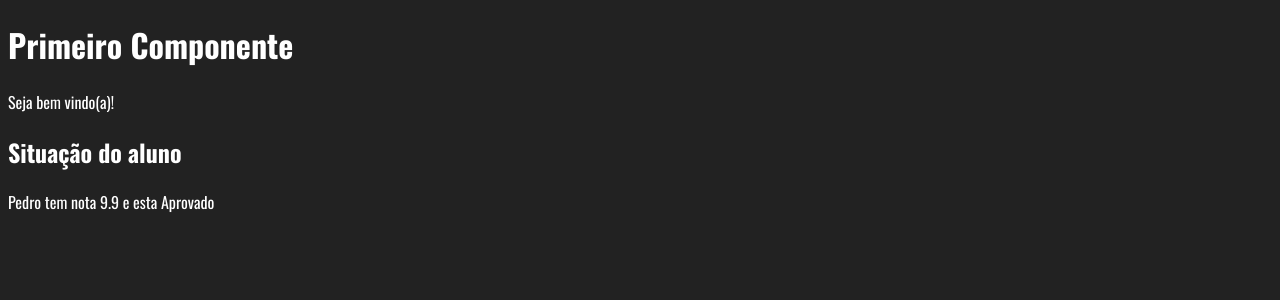
Repository: Rubenslourenco/exerciciosReactRedux
Page: / (app in fundamentos-react/)
An editor plug-in stored every save of this project. The page is shown before and after the next save, followed by the edit.
The browser window is 1280 px wide. The pictures show the whole page.
The project was rebuilt for these pictures with package versions that can differ from the ones it lists, and the page was loaded fresh each time.

Above is the page before, as saved 2025-01-30 09:54:28.

### fundamentos-react/public/index.html
<!DOCTYPE html>
<html lang="en">
  <head>
    <meta charset="utf-8" />
    <link rel="icon" href="%PUBLIC_URL%/favicon.ico" />
    <meta name="viewport" content="width=device-width, initial-scale=1" />
    <meta name="theme-color" content="#000000" />
    <meta
      name="description"
      content="Web site created using create-react-app"
    />
    <link rel="apple-touch-icon" href="%PUBLIC_URL%/logo192.png" />
    <link
      href="https://fonts.googleapis.com/css2?family=Oswald:wght@200;300;400;500;600;700&display=swap"
      rel="stylesheet"
    />
    <!--
      manifest.json provides metadata used when your web app is installed on a
      user's mobile device or desktop. See https://developers.google.com/web/fundamentals/web-app-manifest/
    -->
    <link rel="manifest" href="%PUBLIC_URL%/manifest.json" />
    <!--
      Notice the use of %PUBLIC_URL% in the tags above.
      It will be replaced with the URL of the `public` folder during the build.
      Only files inside the `public` folder can be referenced from the HTML.

      Unlike "/favicon.ico" or "favicon.ico", "%PUBLIC_URL%/favicon.ico" will
      work correctly both with client-side routing and a non-root public URL.
      Learn how to configure a non-root public URL by running `npm run build`.
    -->
    <title>React App</title>
  </head>
  <body>
    <noscript>You need to enable JavaScript to run this app.</noscript>
    <div id="root"></div>
    <!--
      This HTML file is a template.
      If you open it directly in the browser, you will see an empty page.

      You can add webfonts, meta tags, or analytics to this file.
      The build step will place the bundled scripts into the <body> tag.

      To begin the development, run `npm start` or `yarn start`.
      To create a production bundle, use `npm run build` or `yarn build`.
    -->
  </body>
</html>

### fundamentos-react/src/index.js
import { StrictMode } from "react";
import { createRoot } from "react-dom/client";
import "./index.css";

import Primeiro from "./componentes/Primeiro";
import ComParametro from "./componentes/ComParametro";

createRoot(document.getElementById("root")).render(
  <StrictMode>
    <Primeiro></Primeiro>
    <ComParametro titulo="Situação do aluno " aluno="Pedro" nota={9.9} />
  </StrictMode>
);

### fundamentos-react/src/index.css
body {
  font-family: Oswald;
  background-color: #222;
  color: #fff;
}

### fundamentos-react/src/componentes/Primeiro.js
import React from "react";
export default function Primeiro() {
  const msg = "Seja bem vindo(a)!";
  return (
    <div>
      <h1>Primeiro Componente</h1>
      <p>{msg}</p>
    </div>
  );
}

### fundamentos-react/src/componentes/ComParametro.jsx
import React from "react";
export default function ComParametro(props) {
  const status = props.nota >= 7 ? "Aprovado" : "Reprovado";
  return (
    <div id="app">
      <h2>{props.titulo}</h2>
      <p>
        {props.aluno} tem nota {props.nota} e esta {status}
      </p>
    </div>
  );
}

After the next save:
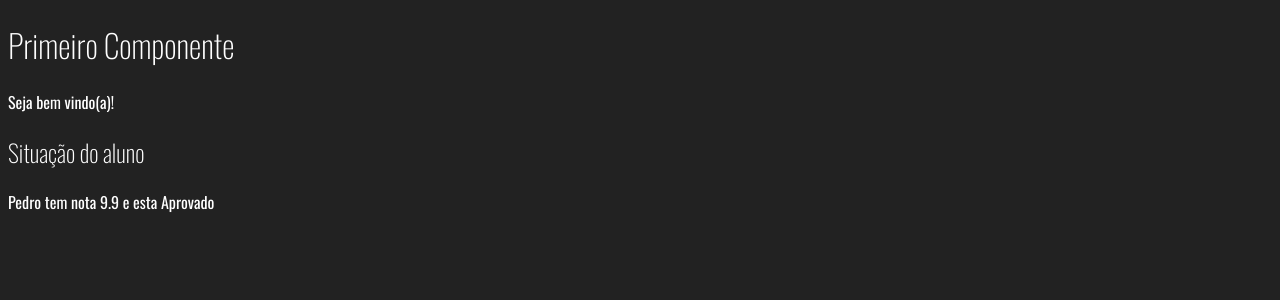
Saved 102 s later.
--- a/fundamentos-react/src/index.css
+++ b/fundamentos-react/src/index.css
@@ -3,3 +3,9 @@ body {
   background-color: #222;
   color: #fff;
 }
+
+h1,
+h2,
+h3 {
+  font-weight: 200;
+}
